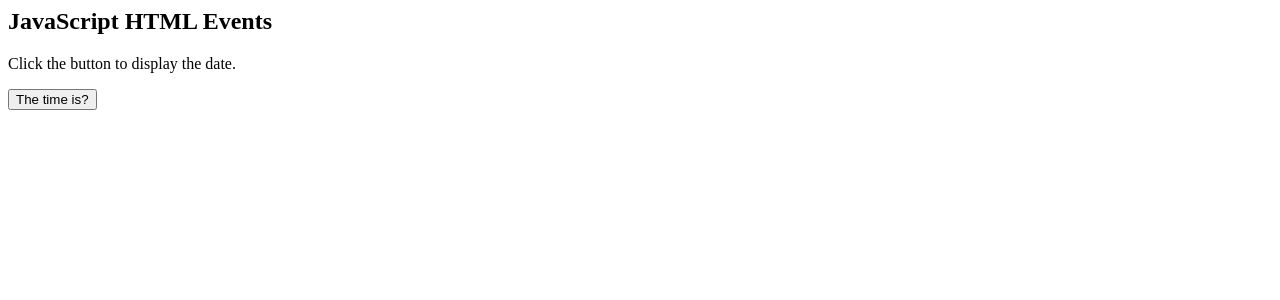
Repository: Bearli-py/latihan_DOM
Page: EH contoh3.html
These files come from the project's save history. The page is drawn as it stood at one moment and after the next save; the edit follows.
The browser window is 1280 px wide. The pictures show the whole page.

Above is the page before, as saved 2025-09-16 15:07:14.

After the next save:
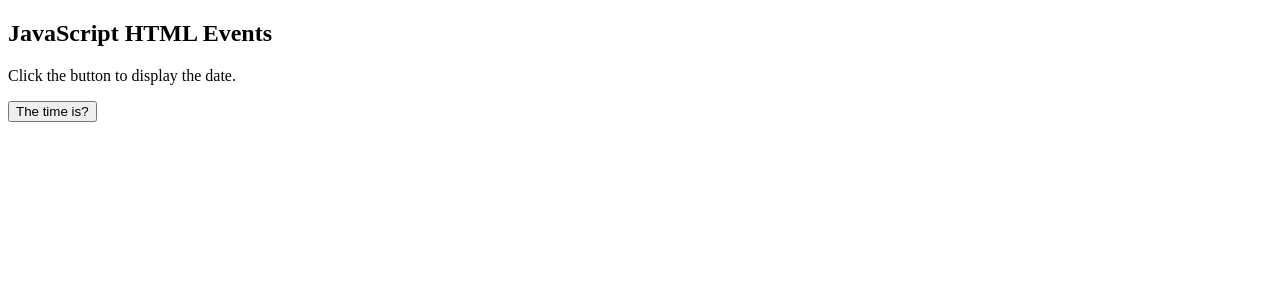
Saved 29 s later.
--- a/EH contoh3.html
+++ b/EH contoh3.html
@@ -1,4 +1,4 @@
-<!DOCTYPF btm]、
+<!DOCTYPE html>
 <html>
 <body>
 <h2>JavaScript HTML Events</h2>
